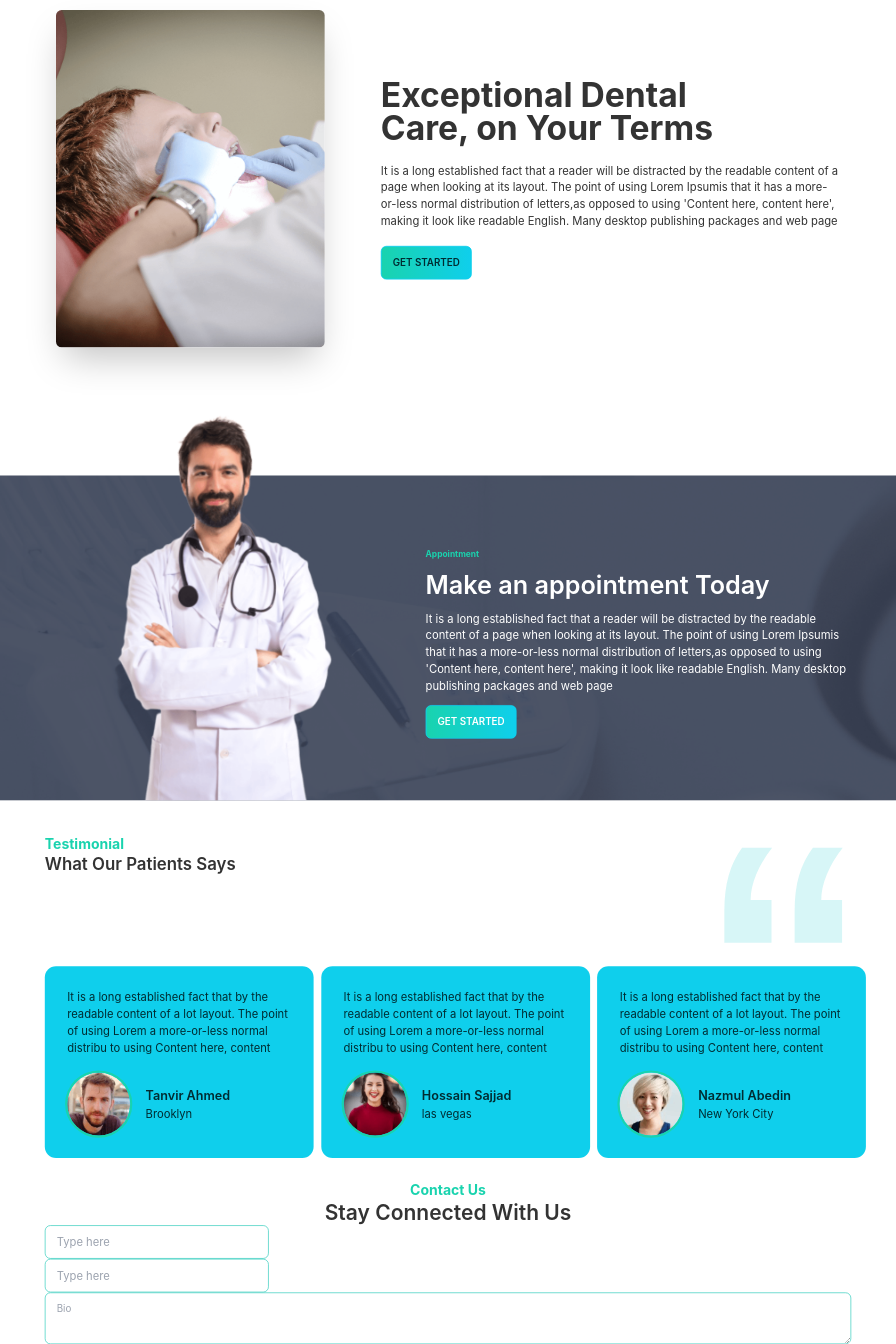
Repository: Tanvir3744/Doctors-client-website
Page: /
These files come from the project's save history. The page is drawn as it stood at one moment and after the next save; the edit follows.
The browser window is 1280 px wide. The pictures show the part of the page from y = 1476 to 3396 px (the page is 3396 px tall), at 70% of full size.
The project was rebuilt for these pictures with package versions that can differ from the ones it lists, and the page was loaded fresh each time. Also part of the build but not shown: src/Pages/About/About.js, src/Pages/Login/Login.js, src/Pages/NotFound/NotFound.js.

Above is the page before, as saved 2022-05-25 23:24:29.

### src/App.js
import { Routes, Route } from 'react-router-dom'
import About from './Pages/About/About';
import Home from './Pages/Home/Home';
import Login from './Pages/Login/Login';
import NotFound from './Pages/NotFound/NotFound';
import Navbar from './Pages/Shared/Navbar';
function App() {
  return (
    <div className="App">
      <Navbar></Navbar>
      <Routes>
        <Route path='/' element={<Home />}></Route>
        <Route path='/home' element={<Home />}></Route>
        <Route path='/about' element={<About />}></Route>
        <Route path='/login' element={<Login />}></Route>
        <Route path='*' element={<NotFound />}></Route>
      </Routes>
    </div>
  );
}

export default App;

### src/Pages/Home/Home.js
import React from 'react';
import InfoCards from '../../components/InfoCards';
import Banner from './Banner/Banner';
import ContactUs from './ContactUs';
import MakeAppointment from './MakeAppointment';
import ServiceHero from './ServiceHero';
import Services from './Services';
import Testimonials from './Testimonials';

const Home = () => {
    return (
        <div>
            <Banner />
            <InfoCards />
            <Services />
            <ServiceHero />
            <MakeAppointment />
            <Testimonials />
            <ContactUs />
        </div>
    );
};

export default Home;

### src/Pages/Shared/Navbar.js
import React from 'react';
import { Link } from 'react-router-dom';

const Navbar = () => {
    //menu items stored here
    const menuItems = <>
        <li><Link to="/">Home</Link></li>
        <li><Link to="/about">About</Link></li>
        <li><Link to="/appointment">Appointmenet</Link></li>
        <li><Link to="/reviews">Reviews</Link></li>
        <li><Link to="/contact">Contact Us</Link></li>
        <li><Link to="/login">Log in </Link></li>
    </>
    return (
        <div>
            <div class="navbar bg-base-100">
                <div class="navbar-start">
                    <div class="dropdown">
                        <label tabindex="0" class="btn btn-ghost lg:hidden">
                            <svg xmlns="http://www.w3.org/2000/svg" class="h-5 w-5" fill="none" viewBox="0 0 24 24" stroke="currentColor"><path stroke-linecap="round" stroke-linejoin="round" stroke-width="2" d="M4 6h16M4 12h8m-8 6h16" /></svg>
                        </label>
                        <ul tabindex="0" class="menu menu-compact dropdown-content mt-3 p-2 shadow bg-base-100 rounded-box w-52">
                           {menuItems}
                        </ul>
                    </div>
                    <Link to='/' class="btn btn-ghost normal-case text-xl">daisyUI</Link>
                </div>
                <div class="navbar-center hidden lg:flex">
                    <ul class="menu menu-horizontal p-0">
                        {menuItems}
                    </ul>
                </div>
            </div>
        </div>
    );
};

export default Navbar;

### src/components/InfoCards.js
import React from 'react';
import ChildInfoCards from './ChildInfoCards';
import Clock from './../assets/icons/clock.svg'
import Marker from './../assets/icons/marker.svg'
import Phone from './../assets/icons/phone.svg'
const InfoCards = () => {

    return (
        <div className='grid px-16 grid-cols-1 lg:grid-cols-3 gap-5 -mt-28'>
            <ChildInfoCards bgClass='bg-gradient-to-r from-secondary to-primary' cardTitle='Opening Hours' img={Clock} />
            <ChildInfoCards bgClass='bg-warning' cardTitle='Our Location' img={Marker} />
            <ChildInfoCards bgClass='bg-gradient-to-r from-secondary to-primary' cardTitle='Contact Us' img={Phone} />
        </div>
    );
};

export default InfoCards;

### src/Pages/Home/Banner/Banner.js
import React from 'react';
import chair from '../../../assets/images/chair.png'
const Banner = () => {
    return (
        <div className='px-12'>
            <div class="hero min-h-screen conatiner mx-auto">
                <div class="hero-content flex-col lg:flex-row-reverse -mt-28">
                    <img src={chair} class="max-w-sm rounded-lg shadow-2xl " />
                    <div className='px-16'>
                        <h1 class="text-5xl font-bold">Box Office News!</h1>
                        <p class="py-6">Provident cupiditate voluptatem et in. Quaerat fugiat ut assumenda excepturi exercitationem quasi. In deleniti eaque aut repudiandae et a id nisi.</p>
                        <button class="btn btn-primary text-white rounded-lg bg-gradient-to-r from-secondary to-primary">Get Started</button>
                    </div>
                </div>
            </div>
        </div>
    );
};

export default Banner;

### src/Pages/Home/ContactUs.js
import React from 'react';

const ContactUs = () => {
    return (
        <section className='px-16 mt-8'>
            <div className="text-center">
                <h4 className='text-secondary text-xl font-bold capitalize'>Contact us</h4>
                <h3 className="text-3xl font-semibold dark capitalize">Stay connected with us</h3>
            </div>
            <div className="contact-form flex flex-col justify-center">
                <input type="text" placeholder="Type here" class="input input-bordered input-accent w-full lg:max-w-xs" />
                <input type="text" placeholder="Type here" class="input input-bordered input-accent w-full lg:max-w-xs" />
                <textarea class="textarea textarea-accent input-borderd w-full lg:max-w-sx" placeholder="Bio"></textarea>
            </div>
        </section>
    );
};

export default ContactUs;

### src/Pages/Home/MakeAppointment.js
import React from 'react';
import Appointment from "../../assets/images/appointment.png";
import Doctor from '../../assets/images/doctor.png';
const MakeAppointment = () => {
    return (
        <div style={{background:`url(${Appointment})`}} className='flex justify-center items-center mt-16'>
            <div className='flex-1 -mt-36 hidden sm:block '>
                <img src={Doctor} alt="Doctors image" />
            </div>
            <div className='flex-1 pr-16 '>
                <h6 className='my-4 text-secondary text-xl font-bold lg:text-xs'>Appointment</h6>
                <h5 className='my-4 text-white text-4xl font-semibold '>Make an appointment Today</h5>
                <p className='my-4 text-white'>It is a long established fact that a reader will be distracted by the readable content of a page when looking at its layout. The point of using Lorem Ipsumis that it has a more-or-less normal distribution of letters,as opposed to using 'Content here, content here', making it look like readable English. Many desktop publishing packages and web page</p>
                <button className="btn btn-primary bg-gradient-to-r from-secondary text-white font-semibold to-primary">Get Started</button>
            </div>
        </div>
    );
};

export default MakeAppointment;

### src/Pages/Home/ServiceHero.js
import React from 'react';
import Treatment from '../../assets/images/treatment.png'

const ServiceHero = () => {
    return (
        <div>
            <div class="hero min-h-screen px-16">
                <div class="hero-content flex-col lg:flex-row">
                    <img src={Treatment} class="max-w-sm rounded-lg shadow-2xl" />
                    <div className="ml-16">
                        <h1 class="text-5xl font-bold">Exceptional Dental </h1>
                        <h1 class="text-5xl font-bold">Care, on Your Terms</h1>
                        <p class="py-6">It is a long established fact that a reader will be distracted by the readable content of a page when looking at its layout. The point of using Lorem Ipsumis that it has a more-or-less normal distribution of letters,as opposed to using 'Content here, content here', making it look like readable English. Many desktop publishing packages and web page</p>
                        <button class="btn btn-primary bg-gradient-to-r from-secondary to-primary">Get Started</button>
                    </div>
                </div>
            </div>
        </div>
    );
};

export default ServiceHero;

### src/Pages/Home/Services.js
import React from 'react';
import Fluoride from '../../assets/images/fluoride.png';
import Cavity from '../../assets/images/cavity.png';
import Whitening from '../../assets/images/whitening.png';
import Service from './Service';
const Services = () => {
    const serviceData = [
        {
            _id: 1,
            img: Fluoride,
            name: 'Fluoride Treatment',
            desc: 'Lorem Ipsum is simply dummy printing and typesetting indust Ipsum has been the',
        },
        {
            _id: 2,
            img: Cavity,
            name: 'Cavity Filling',
            desc: 'Lorem Ipsum is simply dummy printing and typesetting indust Ipsum has been the'
        },
        {
            _id: 3,
            img: Whitening,
            name: 'Teeth Whitening',
            desc: 'Lorem Ipsum is simply dummy printing and typesetting indust Ipsum has been the'
        }

    ]
    return (
        <div>
            <div className=' text-center mt-20'>
                <h3 className='text-primary uppercase font-bold text-2xl'>Our Services</h3>
                <h2 className='text-4xl text-dark capitalize font-semibold'>Services we provide</h2>
            </div>
            <div className="service-cards gap-8 grid sm:grid-cols-1 md:grid-cols-2 lg:grid-cols-3  mt-8 px-16">
                {
                    serviceData.map(serve => <Service key={serve._id} service = {serve}></Service>)
                }
            </div>
        </div>
    );
};

export default Services;

### src/Pages/Home/Testimonials.js
import React from 'react';
import Quote from '../../assets/icons/quote.svg';
import People1 from '../../assets/images/people1.png';
import People2 from '../../assets/images/people2.png';
import People3 from '../../assets/images/people3.png'
import TestCard from '../../components/TestCard';

const Testimonials = () => {
    const testData = [
        {
            _id: 5,
            name: 'Tanvir Ahmed',
            review: 'It is a long established fact that by the readable content of a lot layout. The point of using Lorem a more-or-less normal distribu to using Content here, content',
            img: People1,
            address:'Brooklyn'
        },
        {
            _id: 6,
            name: 'Hossain Sajjad',
            review: 'It is a long established fact that by the readable content of a lot layout. The point of using Lorem a more-or-less normal distribu to using Content here, content',
            img: People2,
            address:'las vegas'
        },
        {
            _id: 7,
            name: 'Nazmul Abedin',
            review: 'It is a long established fact that by the readable content of a lot layout. The point of using Lorem a more-or-less normal distribu to using Content here, content',
            img: People3,
            address:'New York City'
        }

    ]
    return (
        <section>
            <div className='mt-12 px-16 flex justify-between'>
                <div>
                    <h3 className='text-xl text-secondary font-bold'>Testimonial</h3>
                    <h2 className='text-2xl font-semibold'>What Our Patients Says</h2>
                </div>
                <div className='w-28 lg:w-48'>
                    <img src={Quote} alt="" />
                </div>
            </div>

            {/* testimonial cards */}
            <div className=' grid sm:grid-cols-1 md:grid-cols-2 lg:grid-cols-3 px-16 mt-8  gap-8'>
                {
                    testData.map(test => <TestCard key={test._id} test={test}></TestCard>)
                }
            </div>
        </section>
    );
};

export default Testimonials;

### src/components/ChildInfoCards.js
import React from 'react';

const ChildInfoCards = (props) => {
    const {img, cardTitle, bgClass} = props;
    return (
        <div className='container'>
            <div className={`card lg:card-side shadow-xl p-4 pl-4  ${bgClass}`}>
                <figure><img src={img} alt="Info cards" /></figure>
                <div class="card-body text-white">
                    <h2 class="card-title">{cardTitle}</h2>
                    <p>Click the button to listen on Spotiwhy app.</p>
                </div>
            </div>
        </div>
    );
};

export default ChildInfoCards;

### src/Pages/Home/Service.js
import React from 'react';

const Service = (props) => {
    const {name, img, desc} = props.service;
    return (
        <div>
            <div className="card   w-96 bg-base-100 shadow-xl">
                <figure className="px-10 pt-10">
                    <img src={img} alt="Shoes" className="rounded-xl" />
                </figure>
                <div className="card-body items-center text-center">
                    <h2 className="card-title font-semibold text-2xl">{name}</h2>
                    <p>{desc}</p>
                </div>
            </div>
        </div>
    );
};

export default Service;

### src/components/TestCard.js
import React from 'react';

const TestCard = (props) => {
    const { name, img, review, address } = props.test;
    return (
        <div>
            <div class="card w-96 bg-primary text-primary-content">
                <div class="card-body">
                    <p>{review}</p>
                    <div class="flex items-center justify-start mt-4 ">
                        <div class="w-24 rounded-full  ring-offset-base-100 ring-offset-2">
                            <img className='ring ring-secondary rounded-full' src={img} />
                        </div>
                        <div className='ml-4 flex flex-col self-center'>
                            <h5 className='text-lg font-semibold text-dark'>{name}</h5>
                            <h6>{address}</h6>
                        </div>
                    </div>
                </div>
            </div>
        </div>
    );
};

export default TestCard;

### tailwind.config.js
module.exports = {
  content: ["./src/**/*.{html,js}"],
  theme: {
    extend: {},
  },
  daisyui: {
    themes: [
      {

        mytheme: {
          primary: "#0FCFEC",
          secondary: "#19D3AE",
          neutral: "#3d4451",
          warning : "#3A4256",
          accent: "#37cdbe",
          "base-100": "#ffffff",
        },
      },
      "cupcake",
    ],
  },
  plugins: [require("daisyui")],
}

Loaded but not shown: public/index.html (common file); src/index.js (common file); src/index.css (common file); src/reportWebVitals.js (common file)

After the next save:
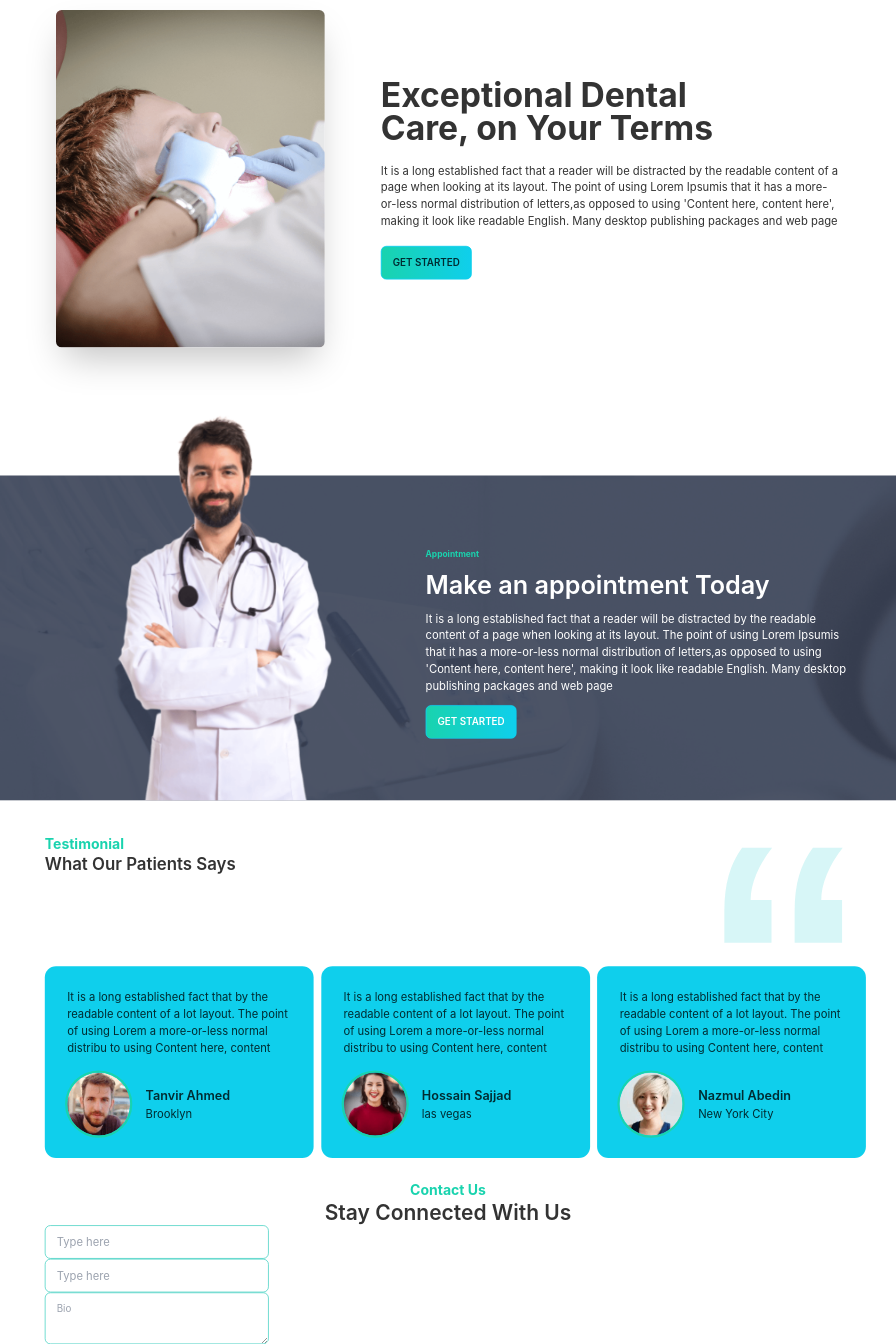
Saved 4 s later.
--- a/src/Pages/Home/ContactUs.js
+++ b/src/Pages/Home/ContactUs.js
@@ -10,7 +10,7 @@ const ContactUs = () => {
             <div className="contact-form flex flex-col justify-center">
                 <input type="text" placeholder="Type here" class="input input-bordered input-accent w-full lg:max-w-xs" />
                 <input type="text" placeholder="Type here" class="input input-bordered input-accent w-full lg:max-w-xs" />
-                <textarea class="textarea textarea-accent input-borderd w-full lg:max-w-sx" placeholder="Bio"></textarea>
+                <textarea class="textarea textarea-accent input-borderd w-full lg:max-w-xs" placeholder="Bio"></textarea>
             </div>
         </section>
     );
